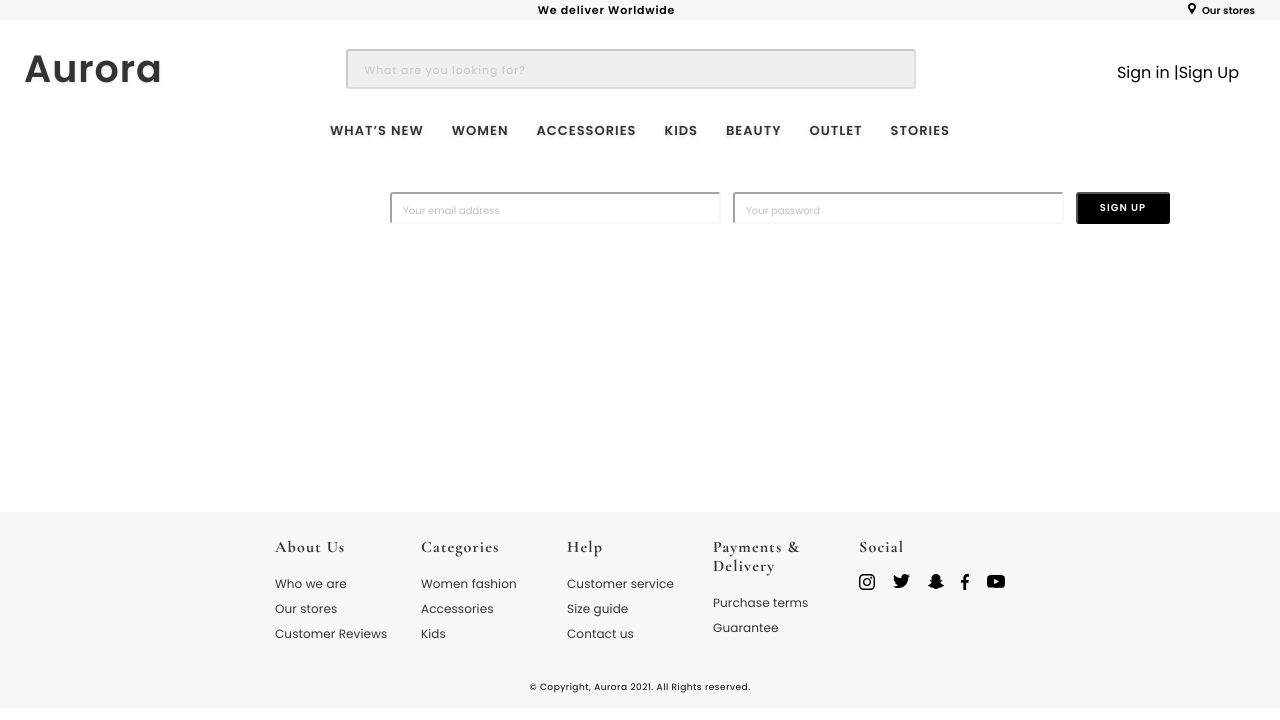
Repository: YuraKrvz/aurora-react-redux-toolkit-firebase
Page: /signUp
These files come from the project's save history. The page is drawn as it stood at one moment and after the next save; the edit follows.
The browser window is 1280 px wide. The pictures show the whole page.
The project was rebuilt for these pictures with package versions that can differ from the ones it lists, and the page was loaded fresh each time. Also part of the build but not shown: src/components/MainSection/MainSection.jsx, src/pages/HomeGuest.jsx, src/pages/HomeUser.jsx, src/pages/SignIn.jsx.

Above is the page before, as saved 2021-11-29 15:20:23.

After the next save:
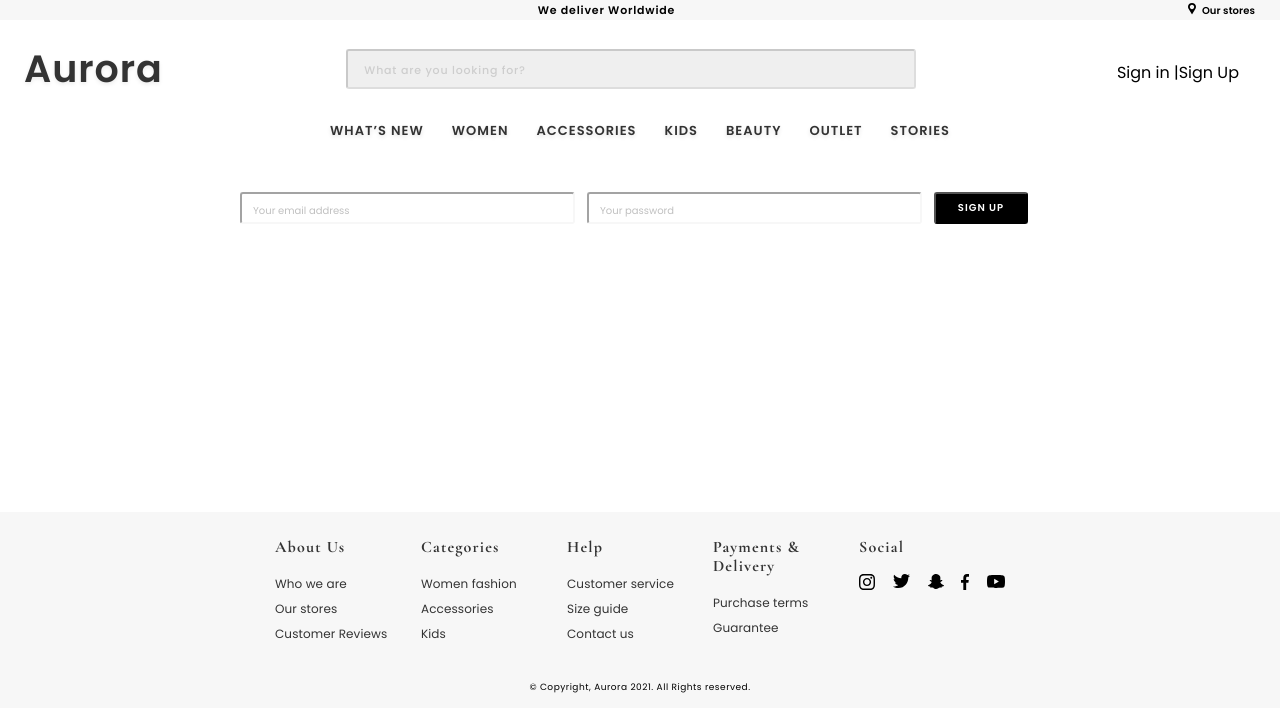
Saved 16 s later.
--- a/src/pages/SignUp.jsx
+++ b/src/pages/SignUp.jsx
@@ -16,7 +16,7 @@ const SignUp = () => {
 
    return (
       <>
-         <div style={{height: '40vh', width: '500px'}} className={s.section_register_field} >
+         <div style={{height: '40vh', width: '800px'}} className={s.section_register_field} >
             <div style={{display: 'flex', flexDirection: 'column'}}>
                <label className={s.input_wrap}>
                <input className={s.section_register_input} ref={emailRef} type="email" placeholder='Your email address' />
